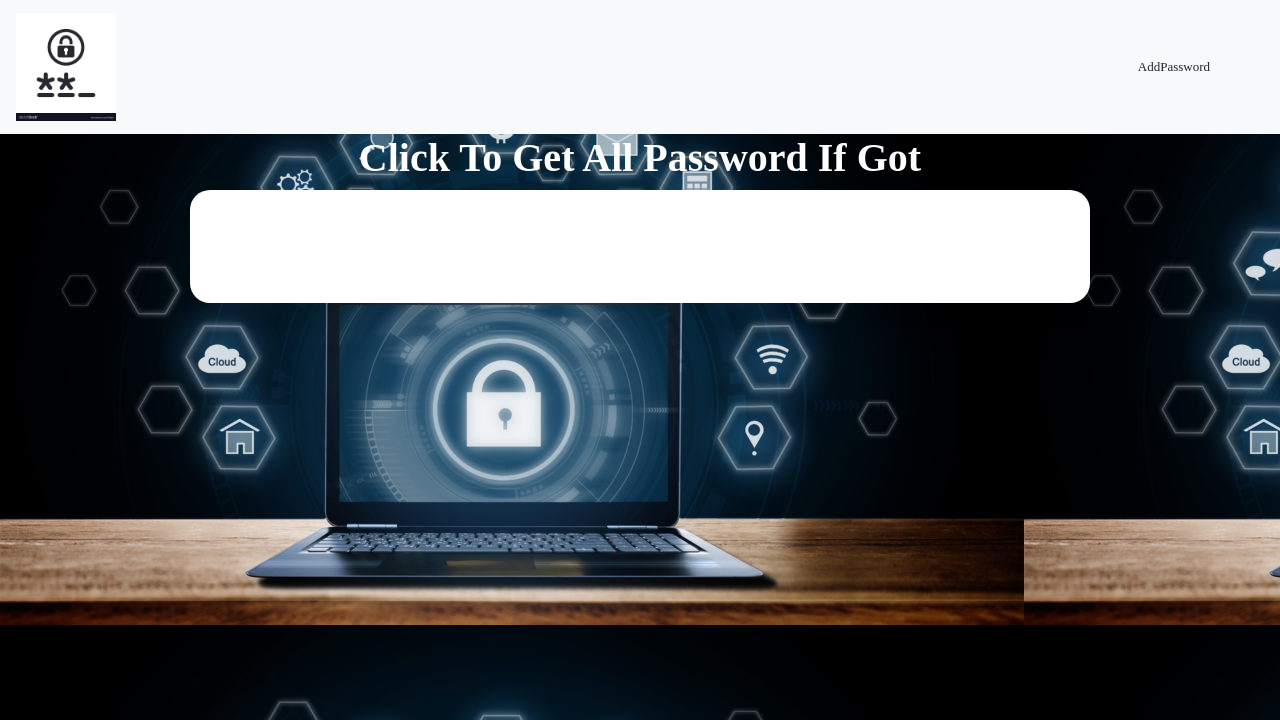
Repository: Sunil-731820/AllWorkingModels
Page: http://localhost/PasswordManagerApp/ShowAllPassword.jsp
An editor plug-in stored every save of this project. The page is shown before and after the next save, followed by the edit.
The browser window is 1280 px wide. The pictures show the whole page.
Some web fonts or font styles are not loaded; a fallback is used. Some web libraries are served in a nearby version. The page is served by Tomcat 9.

Above is the page before, as saved 2022-09-28 04:28:58.

After the next save:
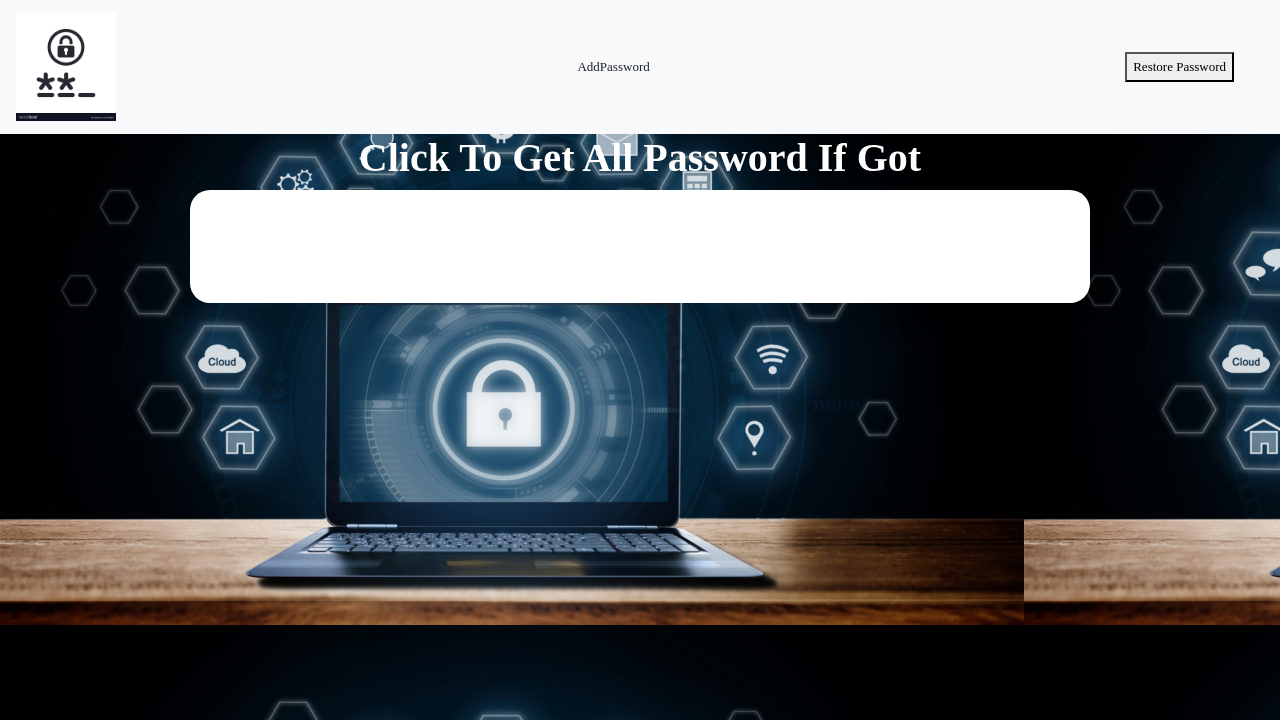
Saved 69 s later.
--- a/PasswordManagerApp/src/main/webapp/ShowAllPassword.jsp
+++ b/PasswordManagerApp/src/main/webapp/ShowAllPassword.jsp
@@ -48,14 +48,13 @@
                     data-target="#navbarCollapse">
                 <span class="navbar-toggler-icon"></span>
             </button>
-            <button type="button" class="navbar-toggler" data-toggle="collapse"
-                    data-target="#navbarCollapse">
-                <span class="navbar-toggler-icon"></span>Restore
-            </button>
 
             <div class="collapse navbar-collapse" id="navbarCollapse">
                 <div class="navbar-nav ml-auto" style="margin-right: 30px;">
                     <a class="dropdown-item" href="AddPassword.jsp">AddPassword</a>
+                </div>
+                 <div class="navbar-nav ml-auto" style="margin-right: 30px;">
+                    <button type="submit" name="Restore">Restore Password</button>
                 </div>
             </div>
         </nav>
